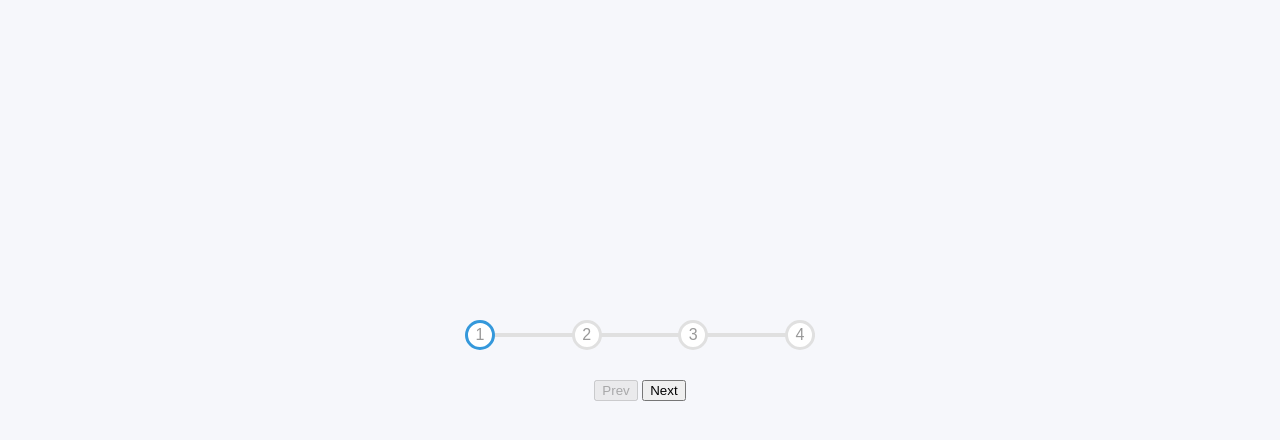
Repository: aobeid1979/Progress-Steps
Page: index.html
These files come from the project's save history. The page is drawn as it stood at one moment and after the next save; the edit follows.
The browser window is 1280 px wide. The pictures show the whole page.
Some web fonts or font styles are not loaded; a fallback is used.

Above is the page before, as saved 2024-06-03 21:10:03.

After the next save:
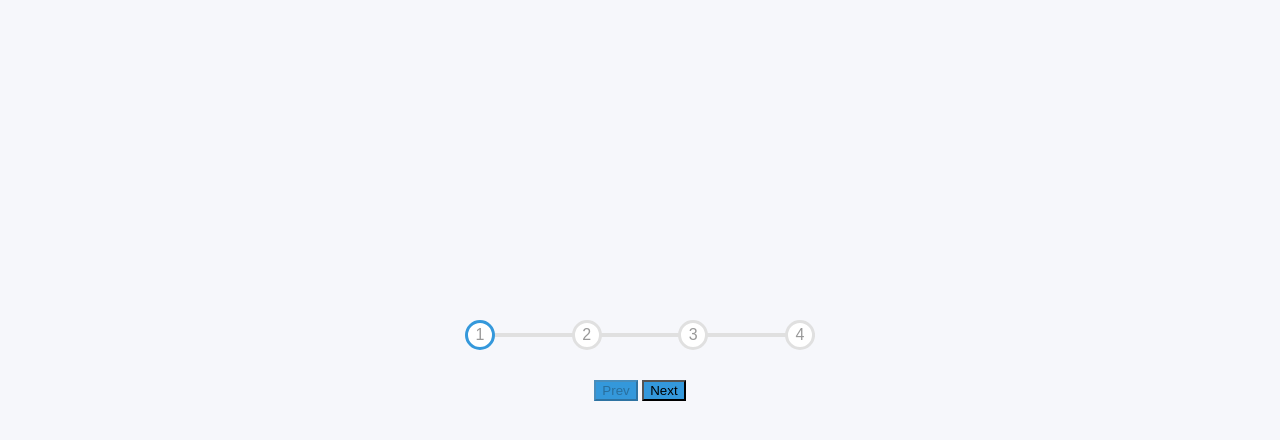
Saved 26 s later.
--- a/style.css
+++ b/style.css
@@ -77,6 +77,6 @@ body {
 }
 
 .btn {
-    background-color: var(--line-border-fill;
+    background-color: var(--line-border-fill);
     )
 }
